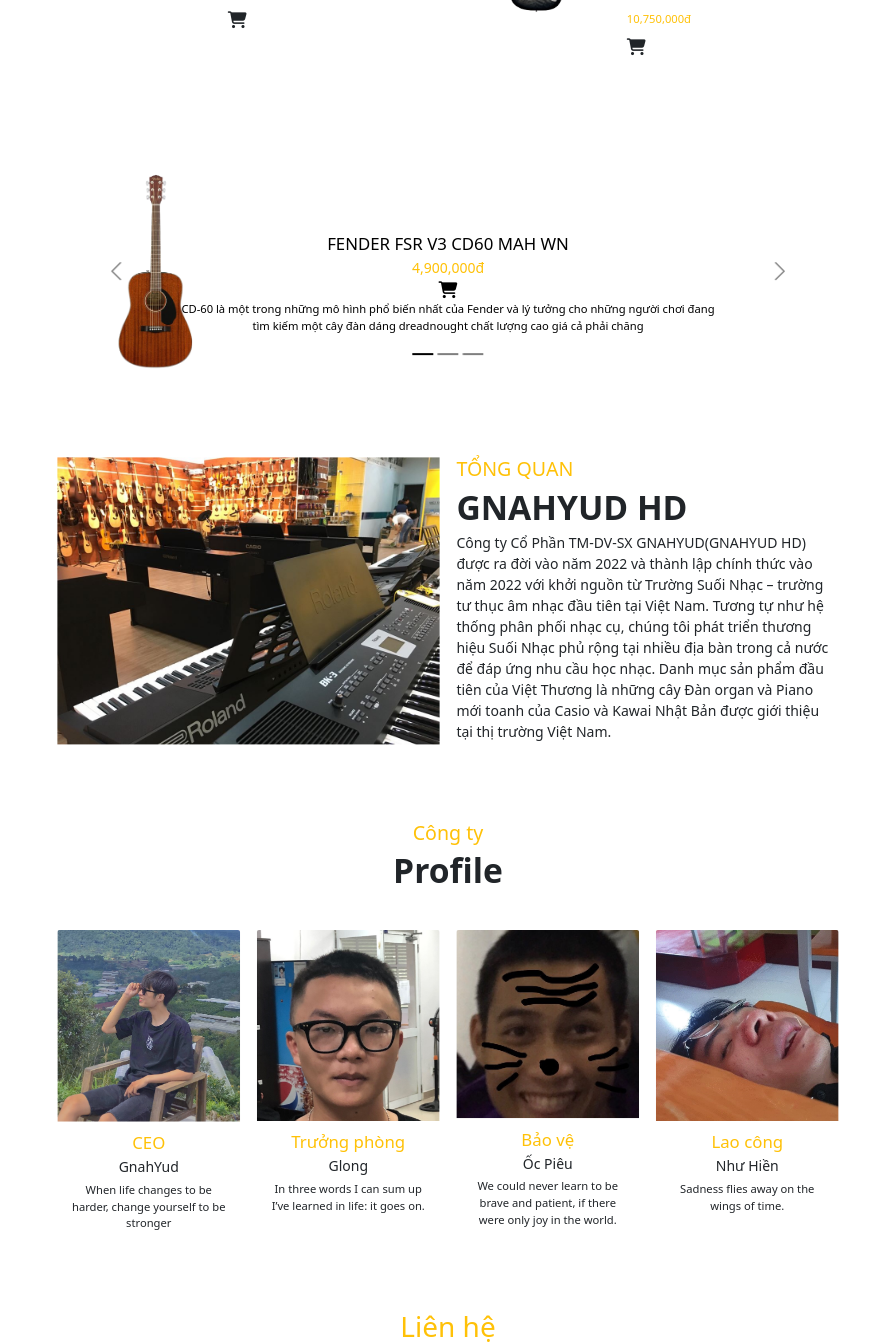
Repository: HoangDuy315/guitar
Page: index.html
These files come from the project's save history. The page is drawn as it stood at one moment and after the next save; the edit follows.
The browser window is 1280 px wide. The pictures show the part of the page from y = 1958 to 3878 px (the page is 4866 px tall before and 4930 px after), at 70% of full size.
Some web libraries are served in a nearby version.

Above is the page before, as saved 2022-09-17 20:17:41.

After the next save:
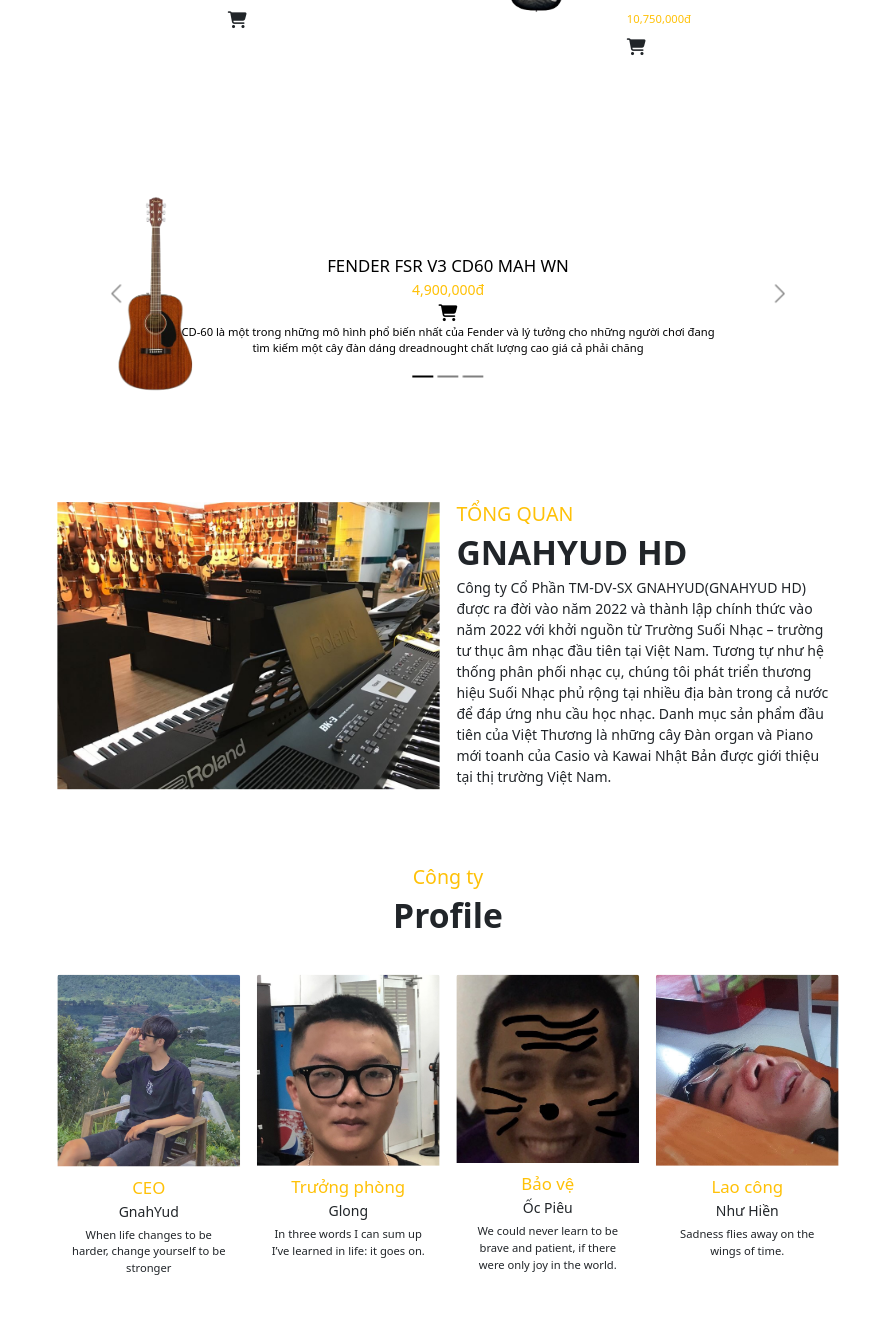
Saved 16 s later.
--- a/index.html
+++ b/index.html
@@ -198,7 +198,7 @@
 
      <!-- Carousel -->
      <section id="menu">
-      <div class="container my-3 py-3">
+      <div class="container my-5 py-5">
           <div class="row mb-2">
               <div class="col-12 text-center">
                 <div id="carouselExampleDark" class="carousel carousel-dark slide" data-bs-ride="carousel">
